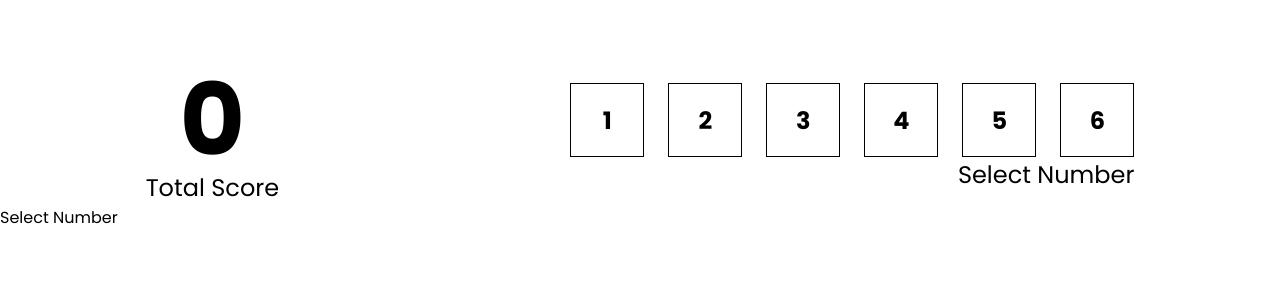
Repository: Wahid137/react-project-three
Page: /, after clicking the first element matching `button.sc-bRKDuR`
The author's editor kept a copy of each file at every save. The page is drawn from the files as they stood at one save, then again after the next save.
The browser window is 1280 px wide. The pictures show the whole page.
The project was rebuilt for these pictures with package versions that can differ from the ones it lists, and the page was loaded fresh each time. Also part of the build but not shown: vite.config.js.

Above is the page before, as saved 2023-08-26 13:39:17.

### index.html
<!doctype html>
<html lang="en">
  <head>
    <meta charset="UTF-8" />
    <link rel="icon" type="image/svg+xml" href="/vite.svg" />
    <meta name="viewport" content="width=device-width, initial-scale=1.0" />
    <title>Dice Games</title>
  </head>
  <body>
    <div id="root"></div>
    <script type="module" src="/src/main.jsx"></script>
  </body>
</html>

### src/components/StartGame.jsx
import styled from "styled-components";
import dices from "../../public/images/dice/dices.png";
import { Button } from "../styled/Button";
const StartGame = ({ toggle }) => {
  return (
    <Container>
      <div>
        <img src={dices} alt="" />
      </div>
      <div className="content">
        <h1>Dice Game</h1>
        <div className="btn">
          <Button onClick={toggle}>Play Now</Button>
        </div>
      </div>
    </Container>
  );
};

export default StartGame;

const Container = styled.div`
  max-width: 1180px;
  height: 100vh;
  display: flex;
  margin: 0 auto;
  align-items: center;
  .content {
    h1 {
      font-size: 96px;
      white-space: nowrap;
    }
    .btn {
      text-align: end;
    }
  }
`;

### src/components/GamePlay.jsx
import { styled } from "styled-components";
import TotalScore from "./TotalScore";
import NumberSelector from "./NumberSelector";
import { useState } from "react";

const GamePlay = () => {
  const [error, setError] = useState(false);
  const [selectedNumber, setSelectedNumber] = useState();

  return (
    <MainContainer>
      <div className="top-section">
        <TotalScore />
        <NumberSelector
          error={error}
          setError={setError}
          selectedNumber={selectedNumber}
          setSelectedNumber={setSelectedNumber}
        />
      </div>
      <p>Select Number</p>
    </MainContainer>
  );
};

export default GamePlay;

const MainContainer = styled.main`
  padding-top: 70px;
  .top-section {
    display: flex;
    justify-content: space-around;
    align-items: center;
  }
`;

### src/styled/Button.js



import styled from "styled-components";

export const Button = styled.button`
  color: white;
  padding: 10px 18px;
  background: #000000;
  border-radius: 5px;
  min-width: 220px;
  border: none;
  font-size: 16px;
  border: 1px solid transparent;
  cursor: pointer;
  transition: 0.3s ease-in;
  &:hover {
    background-color: white;
    border: 1px solid black;
    color: black;
    transition: 0.4s ease-in;
  }
`;
export const OutlineButton = styled(Button)`
  background-color: white;
  border: 1px solid black;
  color: black;
  &:hover {
    background-color: black;
    border: 1px solid transparent;
    color: white;
  }
`;

### src/components/TotalScore.jsx
import { styled } from "styled-components";

const TotalScore = () => {
  return (
    <ScoreContainer>
      <h1>0</h1>
      <p>Total Score</p>
    </ScoreContainer>
  );
};

export default TotalScore;

const ScoreContainer = styled.div`
  max-width: 200px;
  text-align: center;
  h1 {
    font-size: 100px;
    line-height: 100px;
  }
  p {
    font-size: 24px;
    font-weight: 500px;
  }
`;

### src/components/NumberSelector.jsx
import { styled } from "styled-components";

const NumberSelector = ({
  setError,
  error,
  selectedNumber,
  setSelectedNumber,
}) => {
  const arrNumber = [1, 2, 3, 4, 5, 6];

  const numberSelectorHandler = (value) => {
    setSelectedNumber(value);
    setError("");
  };

  return (
    <NumberSelectorContainer>
      <p className="error">{error}</p>
      <div className="flex">
        {arrNumber.map((value, i) => (
          <Box
            key={i}
            isSelected={value === selectedNumber}
            onClick={() => numberSelectorHandler(value)}
          >
            {value}
          </Box>
        ))}
      </div>
      <p>Select Number</p>
    </NumberSelectorContainer>
  );
};

export default NumberSelector;

const NumberSelectorContainer = styled.div`
  display: flex;
  flex-direction: column;
  align-items: end;
  .flex {
    display: flex;
    gap: 24px;
  }
  p {
    font-size: 24px;
    font-weight: 700px;
  }
  .error {
    color: red;
  }
`;

const Box = styled.div`
  height: 72px;
  width: 72px;
  border: 1px solid black;
  display: grid;
  place-items: center;
  font-size: 24px;
  font-weight: 700;
  background-color: ${(props) => (props.isSelected ? "black" : "white")};
  color: ${(props) => (!props.isSelected ? "black" : "white")};
`;

Loaded but not shown: src/main.jsx (common file); src/App.jsx (common file); src/index.css (common file)

After the next save:
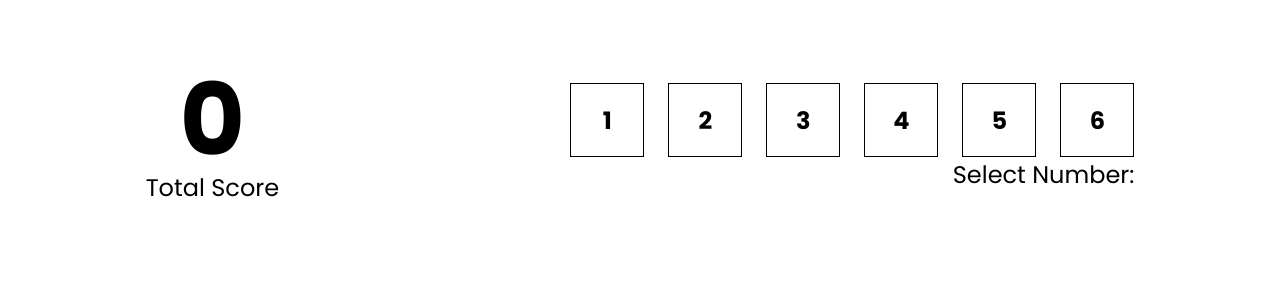
Saved 34 s later.
--- a/src/components/GamePlay.jsx
+++ b/src/components/GamePlay.jsx
@@ -18,7 +18,6 @@
           setSelectedNumber={setSelectedNumber}
         />
       </div>
-      <p>Select Number</p>
     </MainContainer>
   );
 };
--- a/src/components/NumberSelector.jsx
+++ b/src/components/NumberSelector.jsx
@@ -27,7 +27,7 @@
           </Box>
         ))}
       </div>
-      <p>Select Number</p>
+      <p>Select Number: {selectedNumber}</p>
     </NumberSelectorContainer>
   );
 };
